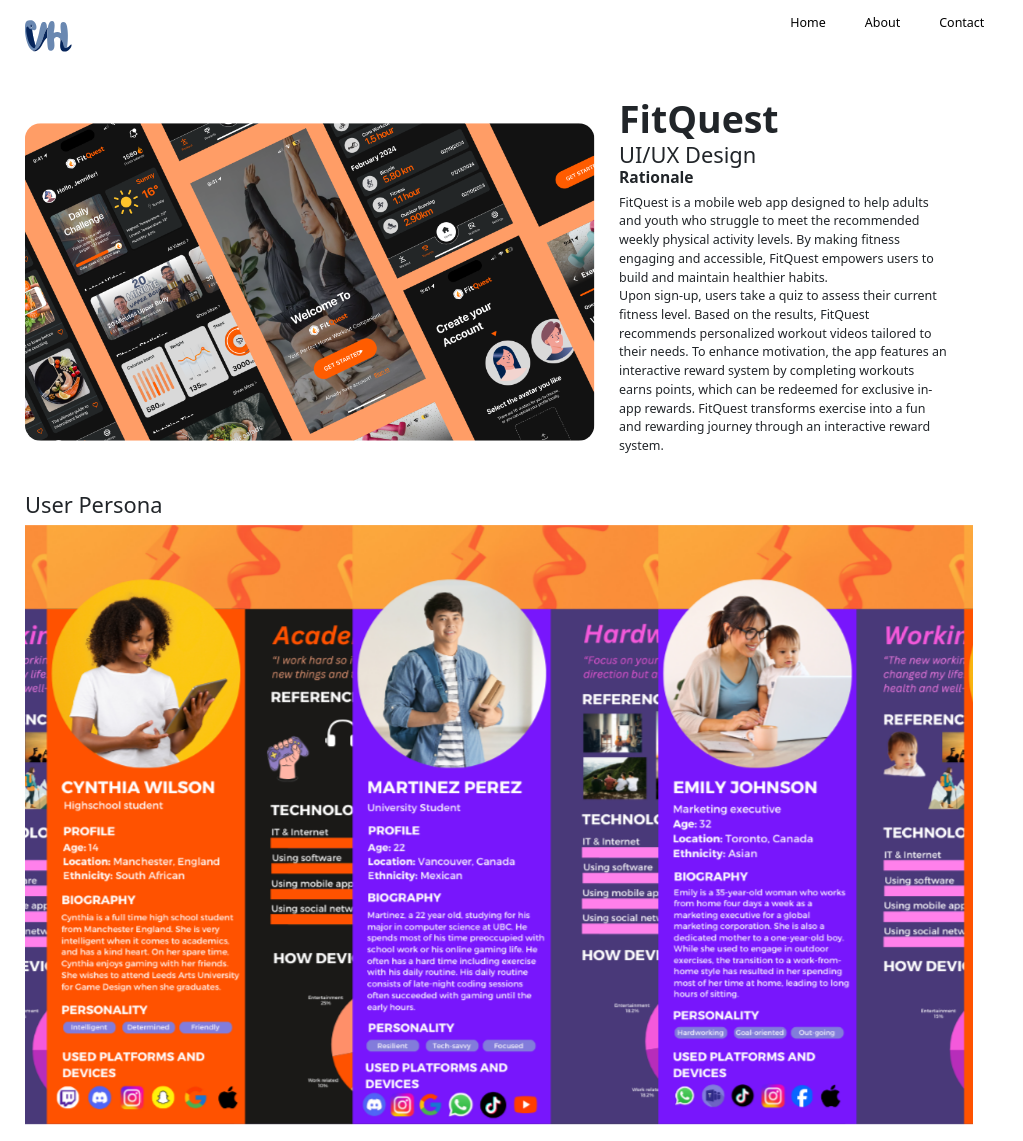
Repository: Vanessahyc/vanessa-portfolio
Page: /fitquest
An editor plug-in stored every save of this project. The page is shown before and after the next save, followed by the edit.
The browser window is 1280 px wide. The page is 1312 px wide, so the pictures cover 1312 px, including what lies to the right of the window. The pictures show the whole page, at 78% of full size.
The project was rebuilt for these pictures with package versions that can differ from the ones it lists, and the page was loaded fresh each time. The framework's server and built-in components were replaced by stand-ins that run in the browser. Also part of the build but not shown: next.config.mjs.

Above is the page before, as saved 2025-02-07 17:39:19.

After the next save:
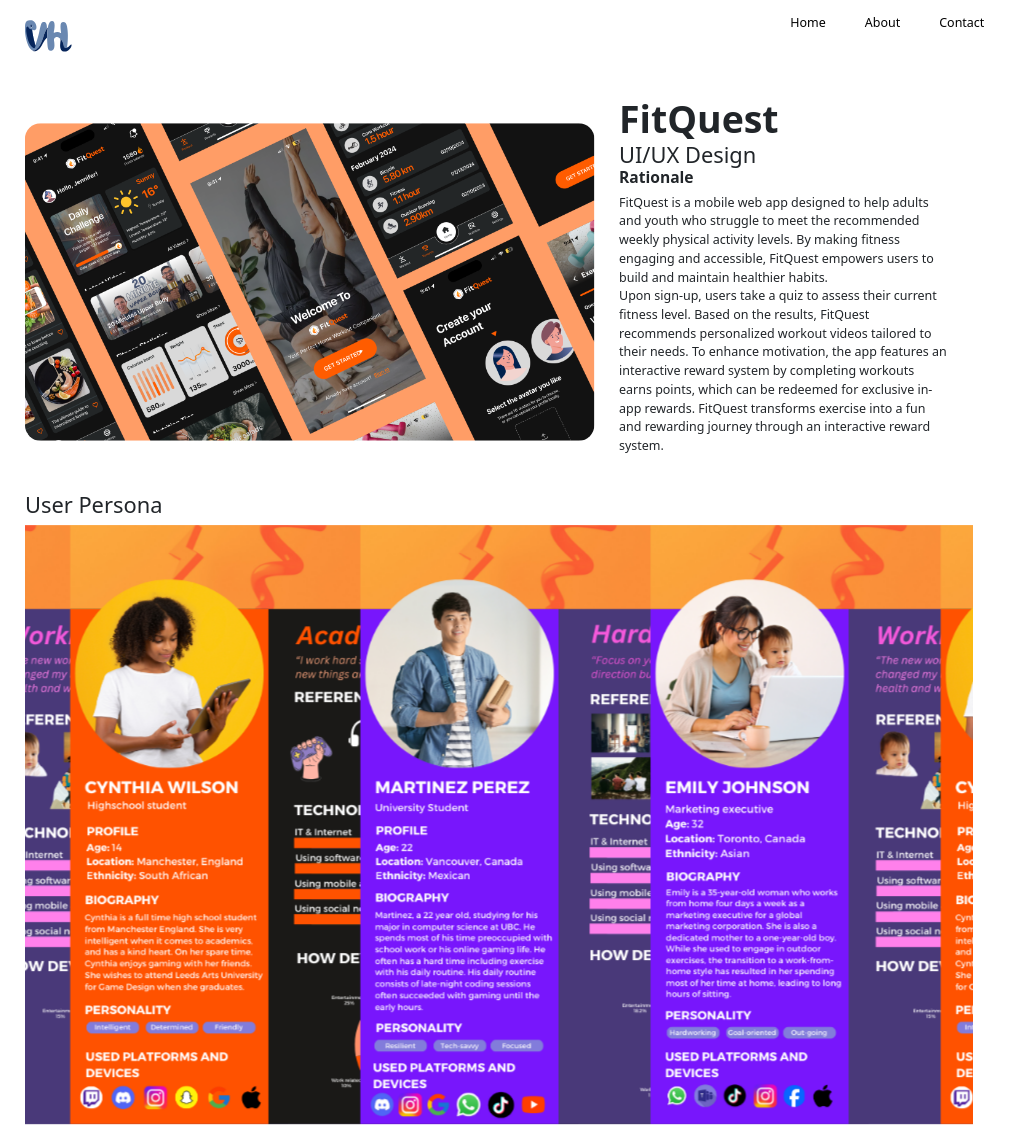
Saved 28 s later.
--- a/src/app/fitquest/page.js
+++ b/src/app/fitquest/page.js
@@ -9,7 +9,7 @@
 
 export default function Fitquest() {
     const Slider = dynamic(() => import('react-slick'), {ssr: false});
-    const settings = {dots: true, infinite: true, speed: 500, slidesToShow: 3, slidesToScroll: 1, autoplay: false, autoplaySpeed: 3000, centerMode: true, centerPadding: '20px'};
+    const settings = {dots: true, infinite: true, speed: 500, slidesToShow: 3, slidesToScroll: 1, autoplay: false, autoplaySpeed: 3000, centerMode: true, centerPadding: '50px'};
     const images = ['/images/2.png', '/images/3.png', '/images/4.png']
 
 
